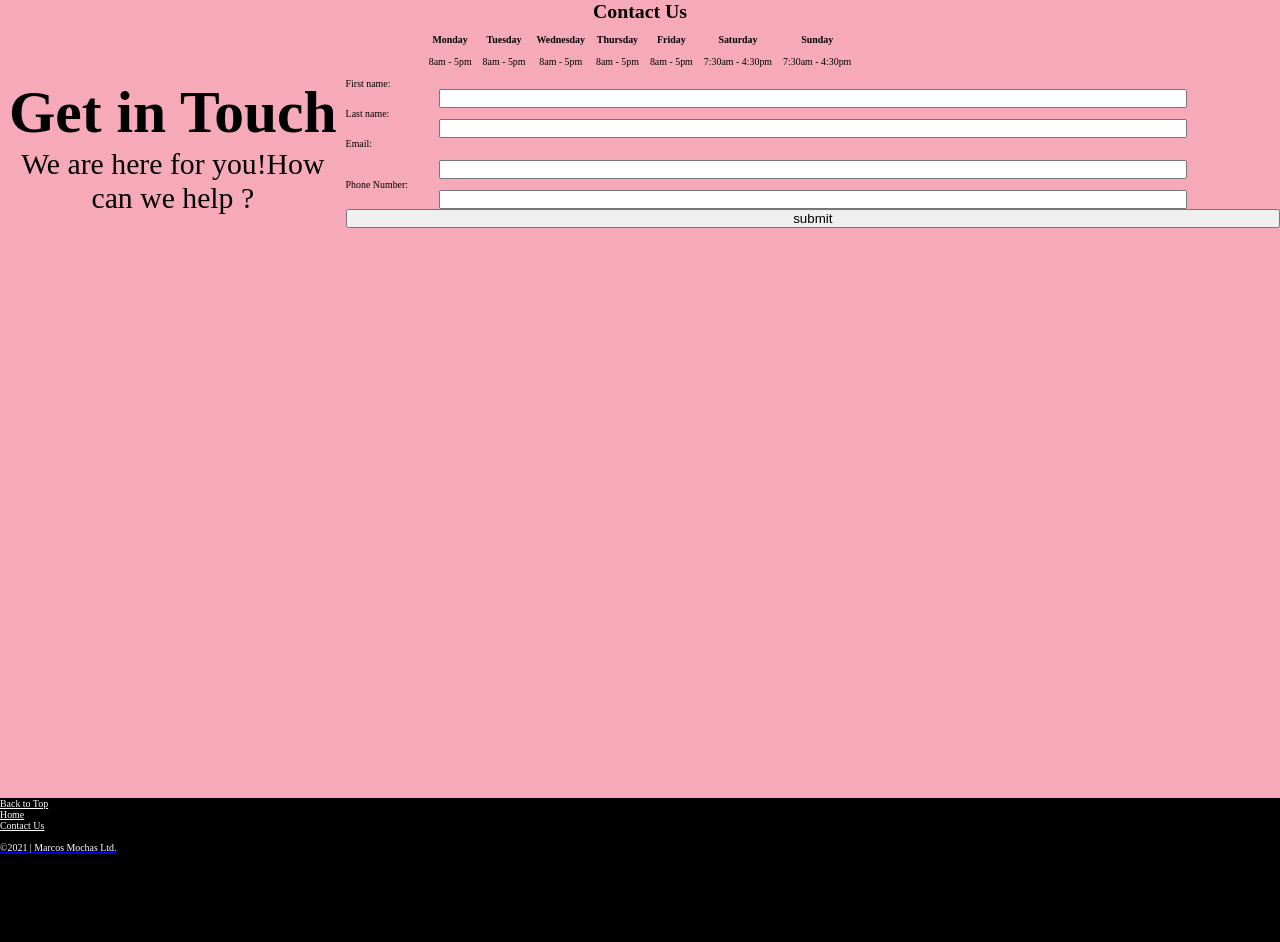
Repository: CAMPSLOPY/marcos-mochas
Page: HTML/contact.html
An editor plug-in stored every save of this project. The page is shown before and after a run of saves, followed by the edit.
The browser window is 1280 px wide. The pictures show the whole page.

Above is the page before, as saved 2021-07-02 18:21:04.

### HTML/contact.html
<!DOCTYPE html>
<html lang="en">
<head>
    <meta charset="UTF-8">
    <meta http-equiv="X-UA-Compatible" content="IE=edge">
    <meta name="viewport" content="width=device-width, initial-scale=1.0">
    <meta name="robots" content="index,follow" />
    <meta
      name="description"
      content=""
    />
    <link rel="stylesheet" href="/CSS/contact.css">
    <title>Contact Us</title>
</head>
<body>
    <header >
        <!--page hours title-->
        <h1  class="header-tex">Contact Us</h1>



    <div class="header-table-content">


        <!--Page hours and contact form-->
        <table cellspacing="11">
        <tr>
            <th>Monday</th>
            <th>Tuesday</th>
            <th>Wednesday</th>
            <th>Thursday</th>
            <th>Friday</th>
            <th>Saturday</th>
            <th>Sunday</th>
        </tr>
        <tr>
            <td>8am - 5pm</td>
            <td>8am - 5pm</td>
            <td>8am - 5pm</td>
            <td>8am - 5pm</td>
            <td>8am - 5pm</td>
            <td>7:30am - 4:30pm</td>
            <td>7:30am - 4:30pm</td>
        </tr>
        </table>
    </div>
</header>


<main>
<div class="form-content">
    <div class="form-content-text">
    <h1>Get in Touch</h1>
    <p>We are here for you!How can we help ?</p>
    </div>

        <!--Hours table start here-->

        <!--Form starts here-->
        <!-- i wrapped the form inside a div content so that we can give it freedo
        when styling -->


            <form class="contact-form" action="">


                <div class="form-control">
                    <!--first name input/required-->
                    <label for="fname">First name:</label>
                    <input type="text" id="fname" name="fname" value="" required>
                </div>
               <div class="form-control">
                 <!--last name input/required-->
                 <label for="lname">Last name:</label>
                 <input type="text" id="lname" name="lname" value="" required>
               </div>

               <div class="form-control">
                  <!--email address input/required-->
                  <label for="email">Email:</label><br>
                  <input type="text" id="email" name="Email" value="" required>
               </div>

               <div class="form-control">
                   <!--Phone number input/not required-->
                <label for="Phone">Phone Number:</label>
                <input type="text" id="phone" name="Phone" value="">
               </div>

                <!--Submit button-->
                <button type="submit">submit</button>
                      </form>
        </div>

    </main>

    <!--page navi links & copyright-->
    <footer>
        <div class="contact-footer">
        <ul>
            <!-- IDEA: img / just text for our "logo" -->
            <li><a href="#top">Back to Top</a></li>
            <li><a href="/HTML/Index.html">Home</a></li>
            <li><a href="/HTML/contact.html">Contact Us</la></li>
        </ul>
        </div>
        <br>
        <!--Copyright class -->
        <div class="copyright">
            <p>&copy;2021 | Marcos Mochas Ltd.</p>
        </div>
    </footer>
</body>
</html>

### CSS/contact.css

/* universal styling of the contact page */
* {
    margin: 0;
    padding: 0;
    box-sizing: border-box;
}

body{
    min-height: 100vh;
    background-color: #f38ba0bb;
}

html{
    font-size: 62%;
}

footer{
    min-height: 20vh;
    background-color: black;
}

footer ul li a{
    color: white;
}

header{
    text-align: center;
    min-height: 10vh;

}
.header-table-content{
    display: flex;
    flex-direction: column;
    align-items: center;
    justify-content: center;
}

/* styling the Form */

.form-content{
   text-align: center;
   display: flex;
   min-height: 100vh;
}

.form-content-text{
    font-size: 3rem;
}
.contact-form{
    width: 100%;
    display: flex;
    flex-direction: column;
}
.form-control{
    display: flex;
    flex-direction: column;
}

form label{
    text-align: left;
}
form input{
    width: 80%;
    margin: auto;
}
/* styling for hours table */

table {

}


/*Footer css code*/

/*The links at the bottom of the footer shouldnt be stacked up and placed at the bottom of the page*/

.contact-footer {

    color: white;
}

.copyright {
    color: white;
}

After the next 4 saves:
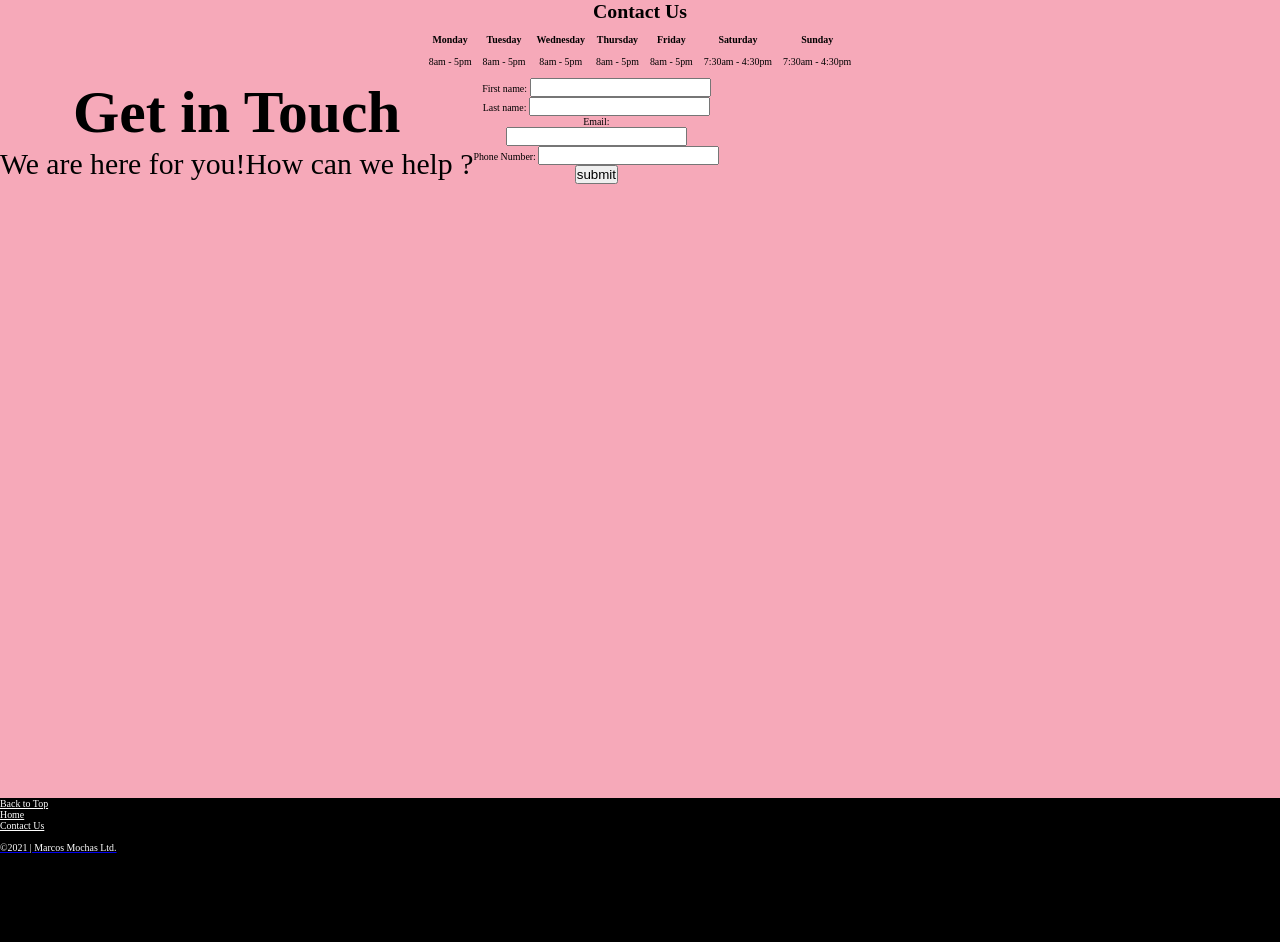
The 4 saves are shown as one change because they came seconds apart.
The last was saved 2 min 25 s later.
--- a/CSS/contact.css
+++ b/CSS/contact.css
@@ -48,21 +48,17 @@ header{
     font-size: 3rem;
 }
 .contact-form{
-    width: 100%;
-    display: flex;
-    flex-direction: column;
+
 }
 .form-control{
-    display: flex;
-    flex-direction: column;
+
 }
 
 form label{
-    text-align: left;
+
 }
 form input{
-    width: 80%;
-    margin: auto;
+
 }
 /* styling for hours table */
 
